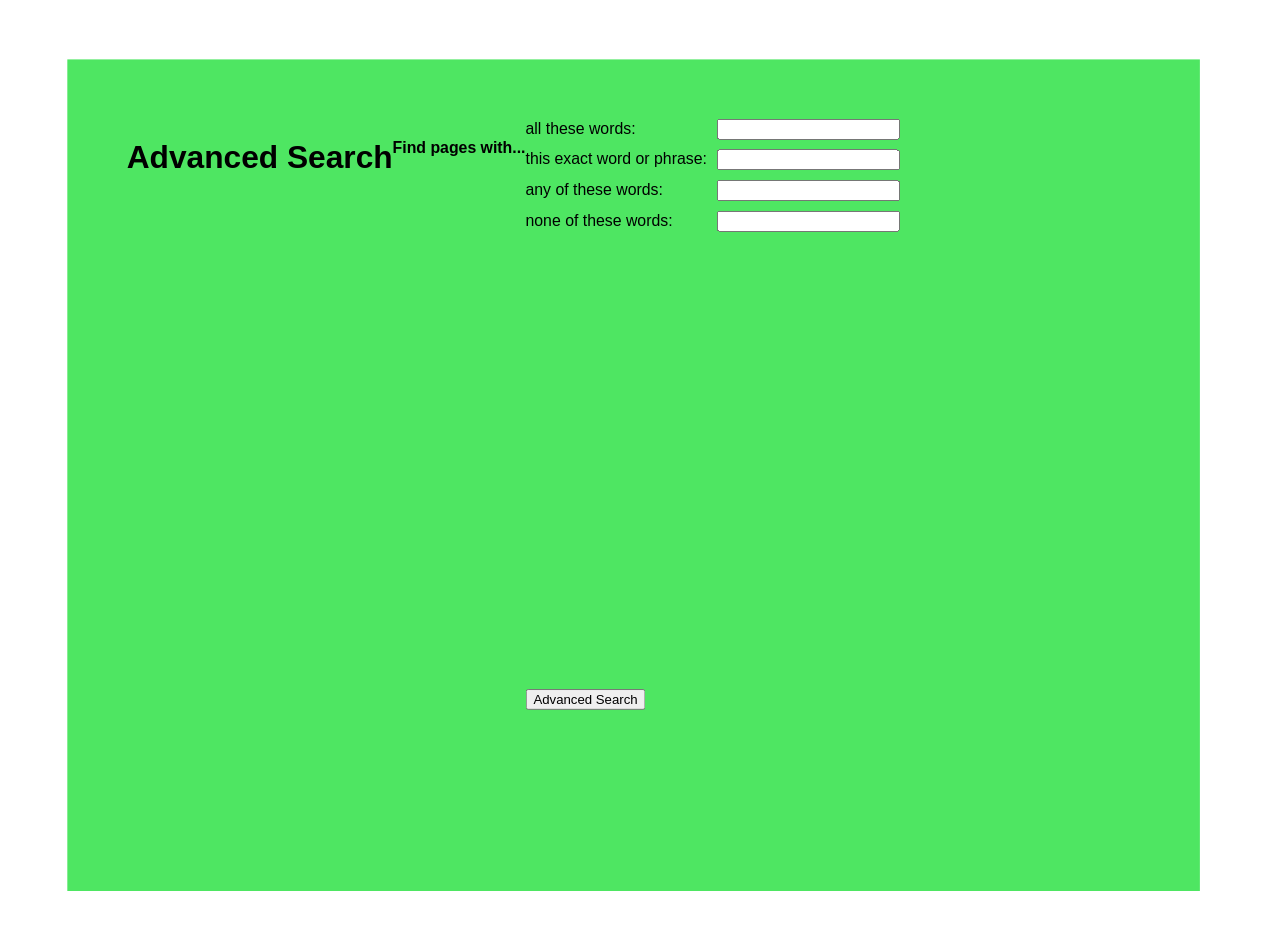
Repository: etentuk/search
Page: advanced_search.html
These files come from the project's save history. The page is drawn as it stood at one moment and after the next save; the edit follows.
The browser window is 1280 px wide. The pictures show the whole page, at 99% of full size.

Above is the page before, as saved 2021-11-04 21:13:43.

### advanced_search.html
<!DOCTYPE html>
<html lang="en">

<head>
    <title>Advanced Search</title>
    <link rel="stylesheet" href="styles.css">
</head>

<body>

    <div class="contentContainer">
        <header>
            <h1>Advanced Search</h1>
        </header>
        <h4>Find pages with...</h4>
        <form action="https://google.com/search" class="form-example">
            <div style="display: table-row;">
                <div class="form-example">
                    <label for="as_q">all these words: </label>
                    <input type="text" id="as_q" name="as_q">
                </div>
                <div class="form-example">
                    <label for="as_epq">this exact word or phrase: </label>
                    <input type="text" id="as_epq" name="as_epq">
                </div>
                <div class="form-example">
                    <label for="as_oq">any of these words: </label>
                    <input type="text" id="as_oq" name="as_oq">
                </div>
                <div class="form-example">
                    <label for="as_eq">none of these words: </label>
                    <input type="text" id="as_eq" name="as_eq">
                </div>
            </div>
            <input type="submit" value="Advanced Search">
        </form>
    </div>
</body>

</html>

### styles.css
form.form-example {
  display: table;
}

div.form-example {
  display: table-row;
}

label,
input {
  display: table-cell;
  margin-bottom: 10px;
}

label {
  padding-right: 10px;
}

div.contentContainer {
  font-family: Arial, Helvetica, sans-serif;
  background-color: rgb(78, 230, 98);
  /* width: 100%; */
  height: 100vh;
  display: flex;
  padding: 60px;
  margin: 60px;
}

After the next save:
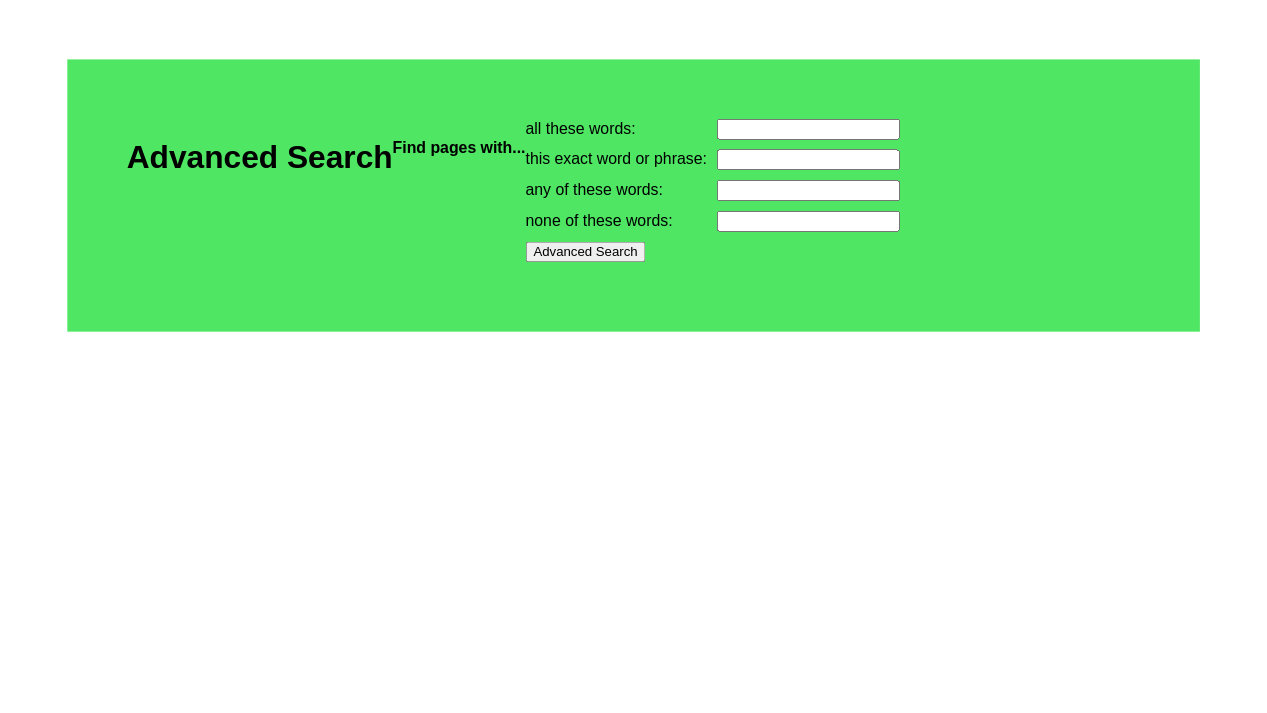
Saved 12 s later.
--- a/styles.css
+++ b/styles.css
@@ -20,7 +20,7 @@ div.contentContainer {
   font-family: Arial, Helvetica, sans-serif;
   background-color: rgb(78, 230, 98);
   /* width: 100%; */
-  height: 100vh;
+  height: 100%;
   display: flex;
   padding: 60px;
   margin: 60px;
